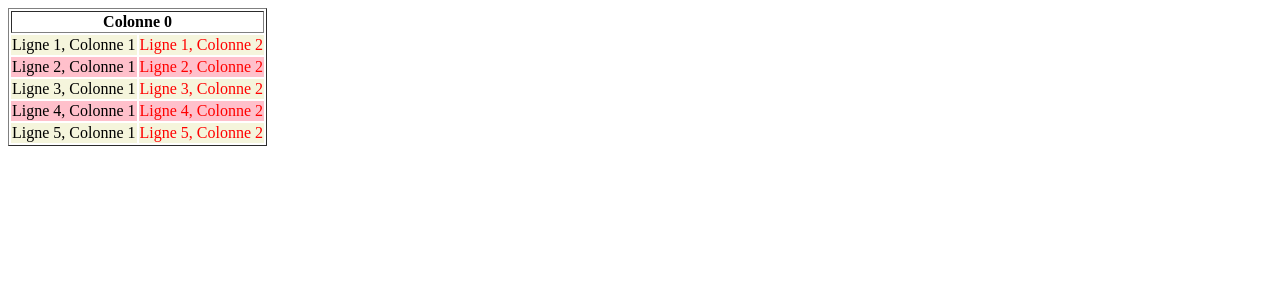
Repository: Chaimaa482/web-tp4
Page: ex1.html
An editor plug-in stored every save of this project. The page is shown before and after a run of saves, followed by the edit.
The browser window is 1280 px wide. The pictures show the whole page.

Above is the page before, as saved 2023-10-22 16:27:06.

After the next 4 saves:
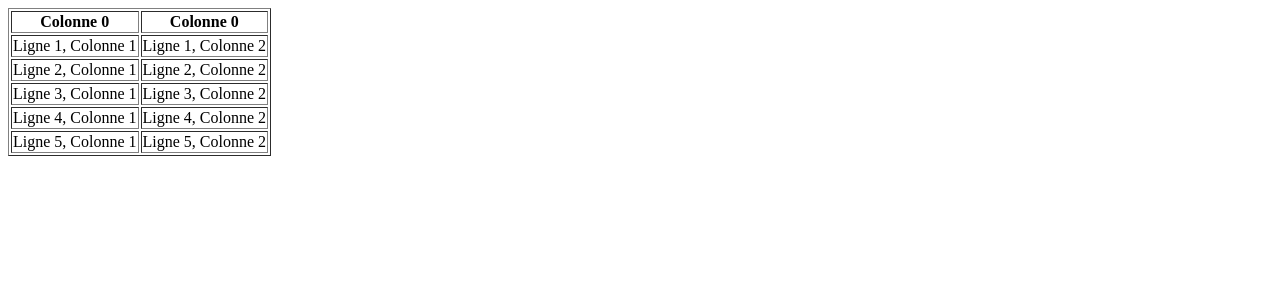
Console error: SyntaxError: Unexpected token '}'
The 4 saves are shown as one change because they came seconds apart.
The last was saved 2 min 10 s later.
--- a/ex1.html
+++ b/ex1.html
@@ -61,6 +61,7 @@
         //delete bordure
         for (var i = 0; i < cells.length; i++) {
             cells[i].style.border = "none";
+            cells[i].style.
         }
 
     </script>

After the 3 saves that followed:
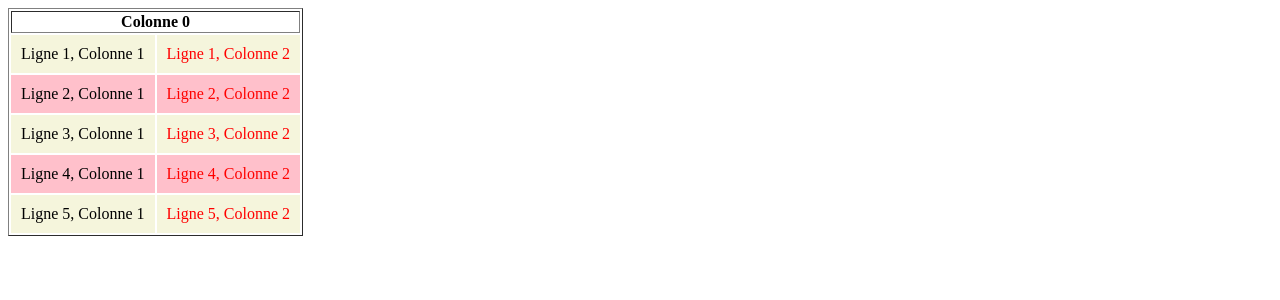
The error is gone.
The 3 saves are shown as one change because they came seconds apart.
The last was saved 13 s later.
--- a/ex1.html
+++ b/ex1.html
@@ -61,7 +61,7 @@
         //delete bordure
         for (var i = 0; i < cells.length; i++) {
             cells[i].style.border = "none";
-            cells[i].style.
+            cells[i].style.padding='10px'
         }
 
     </script>
